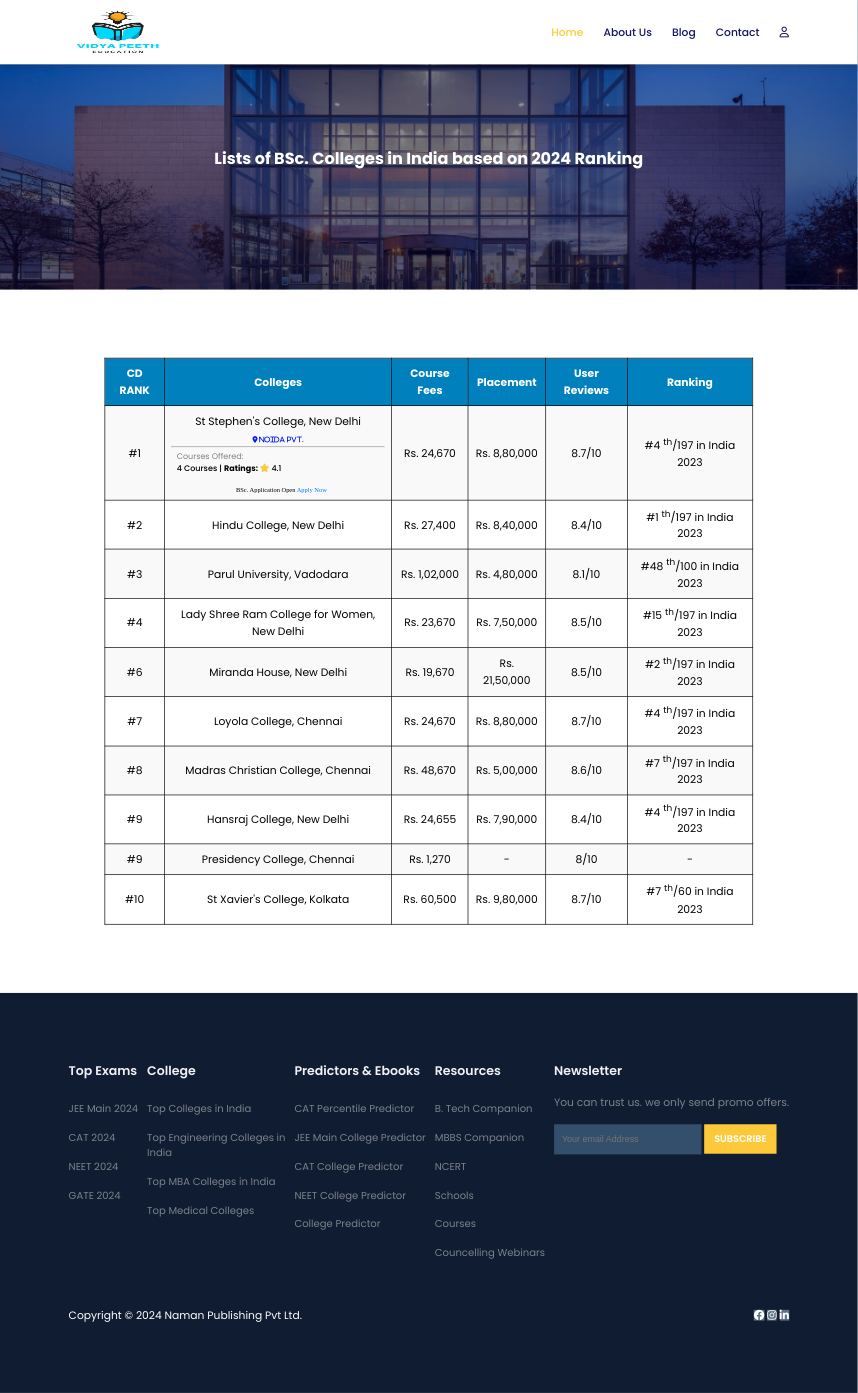
Repository: NamanSahu09/VidyaPreet-Ed-Tech-Website
Page: bsc.html
The author's editor kept a copy of each file at every save. The page is drawn from the files as they stood at one save, then again after the next save.
The browser window is 1280 px wide. The pictures show the whole page, at 67% of full size.
Some web libraries are served in a nearby version.

Above is the page before, as saved 2024-04-12 13:07:45.

### bsc.html
<!DOCTYPE html>
<html lang="en">
<head>
	<meta charset="UTF-8">
	<meta name="viewport" content="width=device-width, initial-scale=1.0">
	<title>Top BSc Colleges in India</title>

	<!-- font Awesome CDN link -->
	<link rel="stylesheet" href="https://cdnjs.cloudflare.com/ajax/libs/font-awesome/6.1.1/css/all.min.css" />

	<!-- External CSS -->
	<!-- <link rel="stylesheet" href="style.css"> -->
	<!-- <link rel="stylesheet" href="about.css"> -->
	<link rel="stylesheet" href="bsc.css">



	<!-- JQuery CDN link -->
	<script src="https://code.jquery.com/jquery-3.6.0.min.js" integrity="sha256-/xUj+3OJU5yExlq6GSYGSHk7tPXikynS7ogEvDej/m4=" crossorigin="anonymous"></script>
</head>
<body>
	<!-- Navigation start -->
	<nav>
		<img src="img/Vidya peeth.png" class="logo" alt="" height="70px"  width="250px"/>

		<div class="navigation">
			<ul>
				<i id="menu-close" class="fas fa-times"></i>
				<li><a href="index.html" class="active">Home</a></li>
				<li><a href="about.html">About Us</a></li>
				<li><a href="blog.html">Blog</a></li>
				<!-- <li><a href="courses.html">Courses</a></li> -->
				<li><a href="contact.html">Contact</a></li>
				<li><a href="#">
					<i class="far fa-user"></i>
					</a>
				</li>


			</ul>

			<img src="img/menu.png" id="menu-btn" alt="">
		</div>
	</nav>
	<!-- Navigation ends -->



  <!-- login sign-up-form -->

  <div class="form">
    <!-- login -->
    <div class="login-form">

      <!-- cancel-btn -->

      <a href="#" class="form-cancel">
        <i class="fas fa-times"></i>
      </a>


      <strong>Log In</strong>
      <!-- inputs -->
      <form >
        <input type="email" placeholder="Example@gmail.com" name="email" required>
        <input type="password" placeholder="Password" name="password" required>
        <!-- submit-btn -->
        <input type="submit" value="Log In">
      </form>

      <!-- Forget-and-signup -->
      <div class="form-btns">
          <a href="#" class="forget">Forget Your Password?</a>
          <a href="#" class="sign-up-btn">Create Account</a>
    </div>

    </div>




     <!-- Sign Up -->
     <div class="sign-up-form">

      <!-- cancel-btn -->

      <a href="#" class="form-cancel">
        <i class="fas fa-times"></i>
      </a>


      <strong>Sign In</strong>
      <!-- inputs -->
      <form >
        <input type="text" placeholder="Full Name" name="fullname" required>
        <input type="email" placeholder="Example@gmail.com" name="email" required>
        <input type="password" placeholder="Password" name="password" required>
        <!-- submit-btn -->
        <input type="submit" value="Sign Up">
      </form>

      <!-- Forget-and-signup -->
      <div class="form-btns">
          <a href="#" class="already-acount">Already have Account?</a>
    </div>

    </div>

  </div>







	<!-- Hero section starts from here -->
	<section id="about-home">
		<h2>
			Lists of BSc. Colleges in India based on 2024 Ranking
		</h2>
	</section>
	<!-- Hero section ends from here -->


	<section id="contact">


		<table cellspacing="10px" cellpadding="10px" border="1" align="center"  class="custom-table">
			<tr align="center">
	<th>CD RANK</th>
	<th>Colleges</th>
	<th>Course Fees</th>
	<th>Placement</th>
	<th>User Reviews</th>
	<th>Ranking</th>
	</tr>

	<tr align="center">
	<td>#1</td>
	<td><a href="https://www.ststephens.edu/">St Stephen's College, New Delhi</a><br>
		<i class="fa-solid fa-location-dot " style="font-size: 10px; "> Noida Pvt.</i>
		<hr>

<div class="container">
	<p style="font-size: 12px; color: grey; margin-left: 0.5rem; margin-top: 4px;" align="left">Courses Offered:</p>
	<p align="left" style="margin-left: 0.5rem; font-size: 12px; font-weight: 500; ">4 Courses |
			<b>Ratings: </b><i align="left" class="fa-solid fa-star"></i> 4.1
	</p>
<br>
	<i class="fa-regular fa-calendar"> BSc. Application Open <a href="https://www.ststephens.edu/">Apply Now</a> </i>

</div>






	</td>
	<td>Rs. 24,670</td>
	<td>Rs. 8,80,000</td>
	<td>8.7/10</td>
	<td>#4 <sup>th</sup>/197 in India 2023 </td>
	</tr>

	<tr align="center">
	<td>#2</td>
	<td><a href="https://hinducollege.ac.in/">Hindu College, New Delhi  </a></td>
	<td>Rs. 27,400</td>
	<td>Rs. 8,40,000</td>
	<td>8.4/10</td>
	<td>#1 <sup>th</sup>/197 in India 2023 </td>
	</tr>	<tr align="center">
	<td>#3</td>
	<td><a href="https://paruluniversity.ac.in/">Parul University, Vadodara</a></td>
	<td>Rs. 1,02,000</td>
	<td>Rs. 4,80,000</td>
	<td>8.1/10</td>
	<td>#48 <sup>th</sup>/100 in India 2023 </td>
	</tr>	<tr align="center">
	<td>#4</td>
	<td>Lady Shree Ram College for Women, New Delhi</td>
	<td>Rs. 23,670</td>
	<td>Rs. 7,50,000</td>
	<td>8.5/10</td>
	<td>#15 <sup>th</sup>/197 in India 2023 </td>
	</tr>	<tr align="center">
	<td>#6</td>
	<td>Miranda House, New Delhi</td>
	<td>Rs. 19,670</td>
	<td>Rs. 21,50,000</td>
	<td>8.5/10</td>
	<td>#2 <sup>th</sup>/197 in India 2023 </td>
	</tr>	<tr align="center">
	<td>#7</td>
	<td>Loyola College, Chennai</td>
	<td>Rs. 24,670</td>
	<td>Rs. 8,80,000</td>
	<td>8.7/10</td>
	<td>#4 <sup>th</sup>/197 in India 2023 </td>
	</tr>	<tr align="center">
	<td>#8</td>
	<td>Madras Christian College, Chennai</td>
	<td>Rs. 48,670</td>
	<td>Rs. 5,00,000</td>
	<td>8.6/10</td>
	<td>#7 <sup>th</sup>/197 in India 2023 </td>
	</tr>	<tr align="center">
	<td>#9</td>
	<td>Hansraj College, New Delhi</td>
	<td>Rs. 24,655</td>
	<td>Rs. 7,90,000</td>
	<td>8.4/10</td>
	<td>#4 <sup>th</sup>/197 in India 2023 </td>
	</tr>	<tr align="center">
	<td>#9</td>
	<td>Presidency College, Chennai</td>
	<td>Rs. 1,270</td>
	<td> - </td>
	<td>8/10</td>
	<td > - </td>
	</tr>	<tr align="center">
	<td>#10</td>
	<td>St Xavier's College, Kolkata</td>
	<td>Rs. 60,500</td>
	<td>Rs. 9,80,000</td>
	<td>8.7/10</td>
	<td>#7 <sup>th</sup>/60 in India 2023 </td>
	</tr>


	</table>












	</section>






<!--
	<section id="map">
		<iframe src="https://www.google.com/maps/embed?pb=!1m18!1m12!1m3!1d30711686.029386617!2d64.41853642919325!3d20.009139591170264!2m3!1f0!2f0!3f0!3m2!1i1024!2i768!4f13.1!3m3!1m2!1s0x30635ff06b92b791%3A0xd78c4fa1854213a6!2sIndia!5e0!3m2!1sen!2sin!4v1652012148253!5m2!1sen!2sin" style="border:0;" allowfullscreen="" loading="lazy" referrerpolicy="no-referrer-when-downgrade"></iframe>
	</section> -->


	<!-- Footer section starts from here -->
	<footer>
		<div class="footer-col">
			<h3>Top Exams</h3>
			<li>JEE Main 2024</li>
			<li>CAT 2024</li>
			<li>NEET 2024</li>
			<li>GATE 2024</li>

		</div>

		<div class="footer-col">
			<h3>College</h3>
			<li>Top Colleges in India</li>
			<li>Top Engineering Colleges in <br>India</li>
			<li>Top MBA Colleges in India</li>
			<li>Top Medical Colleges</li>
		</div>

		<div class="footer-col">
			<h3>Predictors & Ebooks</h3>
			<li>CAT Percentile Predictor</li>
			<li>JEE Main College Predictor</li>
			<li>CAT College Predictor</li>
			<li>NEET College Predictor</li>
			<li>College Predictor</li>
		</div>

		<div class="footer-col">
			<h3>Resources</h3>
			<li>B. Tech Companion</li>
			<li>MBBS Companion</li>
			<li>NCERT</li>
			<li>Schools</li>
			<li>Courses</li>
			<li>Councelling Webinars</li>
		</div>

		<div class="footer-col">
			<h3>Newsletter</h3>
			<p>You can trust us. we only send promo offers.</p>

			<div class="subscribe">
				<input type="email" placeholder="Your email Address">
				<a href="#" class="yellow">SUBSCRIBE</a>
			</div>
		</div>

		<div class="copyright">
			<p align="center">
				Copyright &copy; 2024 Naman Publishing Pvt Ltd.
			</p>
			<div class="pro-links">
				<i class="fab fa-facebook"></i>
				<i class="fab fa-instagram"></i>
				<i class="fab fa-linkedin-in"></i>
			</div>
		</div>
	</footer>
	<!-- Footer section ends from here -->

	<script>
		// Show menu links on burger click
		$('#menu-btn').click(function(){
			$('nav .navigation ul').addClass('active')
		});

		// Hide navbar on click function
		$('#menu-close').click(function(){
			$('nav .navigation ul').removeClass('active')
		});

 /*---For Login and Sign-up----------------------------*/

 $(document).on('click', '.far.fa-user', function(){
    $('.form').addClass('login-active').removeClass('sign-up-active');
});

$(document).on('click', '.sign-up-btn', function(){
    $('.form').removeClass('login-active').addClass('sign-up-active');
});

$(document).on('click', '.form-cancel', function(){
    $('.form').removeClass('login-active').removeClass('sign-up-active');
});

$(document).on('click', '.already-acount', function(){
    $('.form').addClass('login-active').removeClass('sign-up-active');
});


	</script>

</body>
</html>

### bsc.css
@import url('https://fonts.googleapis.com/css2?family=Inter:wght@100;200;300;400;500&family=Poppins:ital,wght@0,100;0,200;0,300;0,400;0,500;0,600;0,700;0,800;0,900;1,700;1,800;1,900&display=swap');
*
{
	margin: 0;
	padding: 0;
	box-sizing: border-box;
}
body
{
	font-family: 'Poppins', sans-serif;
}
h1
{
	font-size: 2.5rem;
	font-weight: 700;
	color: rgb(35, 35, 85);
}

span
{
	font-size: .9rem;
}

h6
{
	font-size: 1.1rem;
	color: rgb(24, 24, 49);
}


/*------------- Navigation style start ------------*/
nav
{
	position: fixed;
	width: 100%;
	background-color: #fff;
	display: flex;
	justify-content: space-between;
	align-items: center;
	padding: 1vw 8vw;
	box-shadow: 2px 2px 10px rgba(0, 0, 0, 0.15);
	z-index: 1;
}

nav .logo
{
	width: 150px;
	cursor: pointer;
}

nav .navigation
{
	display: flex;
}

#menu-btn
{
	width: 30px;
	height: 30px;
	display: none;
}

#menu-close
{
	display: none;
}

nav .navigation ul
{
	display: flex;
	justify-content: flex-end;
	align-items: center;
}

nav .navigation ul li
{
	list-style: none;
	margin-left: 30px;
}

nav .navigation ul li a
{
	text-decoration: none;
	color: rgb(21, 21, 100);
	font-size: 16px;
	font-weight: 500;
	transition: 0.3s ease;
}

nav .navigation ul li a.active,
nav .navigation ul li a:hover
{
	color: #FDC93B;

}
/*------------- Navigation style end ------------*/

/* Login Form and Sign In form */


.form{
  width:100%;
  height: 100%;
  position: fixed;
  /* top: 0px;
  left: 0px; */
  background-color: rgba(0,0,0,0.2);
  display: flex;
  justify-content: center;
  align-items: center;
  flex-direction: column;
  z-index: 102;
}


.login-form,
.sign-up-form{
  width:420px;
  padding: 20px 10px;
  background-color: #ffffff;
  box-shadow: 2px 2px 30px rgba(0,0,0,0.1);
  display: flex;
  justify-content: center;
  align-items: center;
  flex-direction: column;
  border-radius: 5px;
  position: relative;

}
.login-form form,
.sign-up-form form{
  display: flex;
  justify-content: center;
  align-items: center;
  flex-direction: column;
  width: 100%;
}
.login-form strong,
.sign-up-form strong{
  color: #272727;
  font-size: 2rem;
  margin: 2px 7px 7px 7px;
  text-transform: uppercase;
  letter-spacing: 0.5px;
  font-weight: 500;
}
.login-form input,
.sign-up-form input{
  width:90%;
  height: 45px;
  margin: 6px 0px;
  padding: 0px 10px;
  border: 1px solid rgba(0,0,0,0.1);
  outline: none;
  border-radius: 7px;
}
.login-form input::placeholder,
.sign-up-form input::placeholder{
  color: rgba(0,0,0,0.5);
}
.login-form input[type="submit"],
.sign-up-form input[type="submit"]{
  background-color: #0b9d8a;
  color: #ffffff;
  border: none;
  outline: none;
  text-transform: uppercase;
  margin-top: 10px;
  border-radius: 3px;
  box-shadow: 2px 2px 30px rgba(0,0,0,0.1);
}
.form-btns{
  width: 90%;
  display: flex;
  justify-content: space-between;
  align-items: center;
  margin-top: 10px;
}
.form-btns a{
  color: #4d4d4d;
  font-size: 0.9rem;
}
.sign-up-btn{
  border-bottom: 1px solid #868686;
  line-height: 16px;
}
.form-cancel{
  position: absolute;
  right: 20px;
  top: 10px;
  color: #868686;
}
.login-form,
.sign-up-form,
.form{
  display: none;
}
.login-active,
.login-active .login-form{
  display: flex;
  animation: fade 0.3s;
}

.sign-up-active,
.sign-up-active .sign-up-form{
  display: flex;
  animation: fade 0.3s;
}
@keyframes fade{
  0%{
      opacity: 0;
  }
  100%{
      opacity: 1;
  }
}

/* - - - - - - - - - - - - - - - - - - - --  - - - - - - -  */






#contact
{
	padding: 8vw;
	display: flex;
	justify-content: space-between;
	align-items: flex-start;
}



/* ----------------------------------------------------------------------------------------------------- */

/* Table  */


.custom-table {
  width: 90%;
  margin: 0 auto;
  border-collapse: collapse;
}

/* Apply styles to table header cells (th) */
.custom-table th {
  background-color: #0081bd;
	color:white;
  border: 1px solid black;
  padding: 10px;
  text-align: center;
}

/* Apply styles to table data cells (td) */
.custom-table td {
  border: 1px solid black;
  padding: 10px;
  text-align: center;
}

/* Apply alternate background color to even rows */
.custom-table tr:nth-child(even) {
  background-color: #f9f9f9;
}




/* -------------------------------------------------------- */




#about-home {
	background-image: linear-gradient(rgba(9, 5, 54, 0.3), rgba(5, 4, 46, 0.7)), url(img/back1.jpg);
	width: 100%;
	height: 60vh;
	background-size: cover;
	background-position: center center;
	display: flex;
	flex-direction: column;
	justify-content: center;
	align-items: center;
	text-align: center;
	padding-top: 40px;
}

h2 {
	display: block;
	font-size: 1.5em;
	margin-block-start: 0.83em;
	margin-block-end: 0.83em;
	margin-inline-start: 0px;
	margin-inline-end: 0px;
	font-weight: bold;
	unicode-bidi: isolate;
	color:white;
}




table td a
{
	color:black;
	text-decoration: none;
}

table td a:hover
{
	text-decoration: underline;
	color: blue;
}


.class
{

}


 .fa-star
{
	color: #fdc93b;
	font-size: .8rem;
}
.star
{
	font-size: 0.7rem;
	/* background-color: #98adb7; */
  /* color:white; */
  padding: 10px;
  text-align: left;
}

.fa-location-dot
{
	color: #0015ff;
	font-size:0.1rem;
	text-align:left;
}

.container
{
	display: flex;
	flex-direction:column;
	justify-content:center;
	height: 100%;
	font-size: 0.8rem;

}

.container .fa-calendar
{
	font-size: 0.6rem;
	font-family: 'Times New Roman', Times, serif;
}

.container .fa-calendar a
{
	font-size: 0.6rem;
	color:rgb(0, 119, 255);
	font-family: 'Times New Roman', Times, serif;
}





























































/*------------- Footer section styling starts ------------*/
footer
{
	padding: 8vw;
	background-color: #101c32;
	display: flex;
	justify-content: space-between;
	align-items: flex-start;
	flex-wrap: wrap;
}

footer .footer-col
{
	padding-bottom: 40px;
}

footer h3
{
	color: rgb(241, 240, 245);
	font-weight: 600;
	padding-bottom: 20px;
}

footer li
{
	list-style: none;
	color: #7b838a;
	padding: 10px 0;
	font-size: 15px;
	cursor: pointer;
	transition: 0.3s ease;
}

footer li:hover
{
	color: rgb(241, 240, 245);
}

footer p
{
	color: #7b838a;
}

footer .subscribe
{
	margin-top: 20px;
}

footer input
{
	width: 220px;
	padding: 15px 12px;
	background: #334F6C;
	border: none;
	outline: none;
	color: #fff;
}

footer .subscribe a
{
	text-decoration: none;
	font-size: 0.9rem;
	padding: 12px 15px;
	background-color: #fff;
	font-weight: 600;
}

footer .subscribe a.yellow
{
	color: #fff;
	background: #fdc93b;
	transition: 0.3s ease;
}

footer .subscribe a.yellow:hover
{
	color: rgb(21, 21, 100);
	background: #fff;
}

footer .copyright
{
	margin-top: 20px;
	width: 100%;
	display: flex;
	justify-content: space-between;
	align-items: center;
	flex-wrap: wrap;
}

footer .copyright p, footer .copyright p > a
{
	color: #fff;
	text-decoration: none;
}

footer .copyright .pro-links
{
	margin-top: 0px;
}

footer .copyright .pro-links i
{
	background-color: #5f7185;
	color: #fff;
}

footer .copyright .pro-links i:hover
{
	background: #fdc93b;
	color: #2c2c2c;
}
/*------------- Footer section styling ends ------------*/



/*---------------------------------------------------------*/
/*-------------------- Ipad screen styling ----------------*/
/*---------------------------------------------------------*/
@media screen and (max-width: 789px)
{
	nav
	{
		padding: 15px 20px;
	}

	nav img
	{
		width: 130px;
	}

	#menu-btn
	{
		display: initial;
	}

	#menu-close
	{
		display: initial;
		font-size: 1.6rem;
		color: #fff;
		padding: 30px 0 20px 20px;
	}

	nav .navigation ul
	{
		position: absolute;
		top: 0;
		right: -220px;
		display: flex;
		flex-direction: column;
		justify-content: flex-start;
		align-items: flex-start;
		width: 220px;
		height: 100vh;
		background: rgba(17, 20, 104, 0.45);
		backdrop-filter: blur(4.5px);
		border: 1px solid rgba(255, 255, 255, 0.18);
		transition: 0.3s ease-in;
	}

	nav .navigation ul.active
	{
		right: 0;
	}

	nav .navigation ul li
	{
		padding: 20px 0 20px 40px;
		margin-left: 0;
	}

	nav .navigation ul li a
	{
		color: #fff;
	}

	#home
	{
		padding: 0px;
	}

	#home p
	{
		width: 90%;
	}

	#features
	{
		padding: 8vw 4vw 0 4vw;
	}

	#course
	{
		padding: 8vw 4vw 8vw 4vw;
	}


	#registration
	{
		padding: 6vw 4vw 6vw 4vw;
		gap: 2.2rem;
	}

	#registration .reminder .time
	{
		display: flex;
		justify-content: space-between;
		flex-wrap: wrap;
		margin-top: 40px;
	}

	#experts
	{
		padding: 8vw 4vw 6vw 4vw;
	}

	footer .copyright .pro-links
	{
		margin-top: 20px;
	}
}


@media screen and (max-width: 475px)
{
	#registration
	{
		flex-direction: column;
	}

	.reminder p, .reminder h1
	{
		text-align: center;
	}

	.reminder h1
	{
		font-size: 1.8rem;
	}

	#registration .reminder .time
	{
		justify-content: space-evenly;
		margin-top: 20px;
	}
}

After the next save:
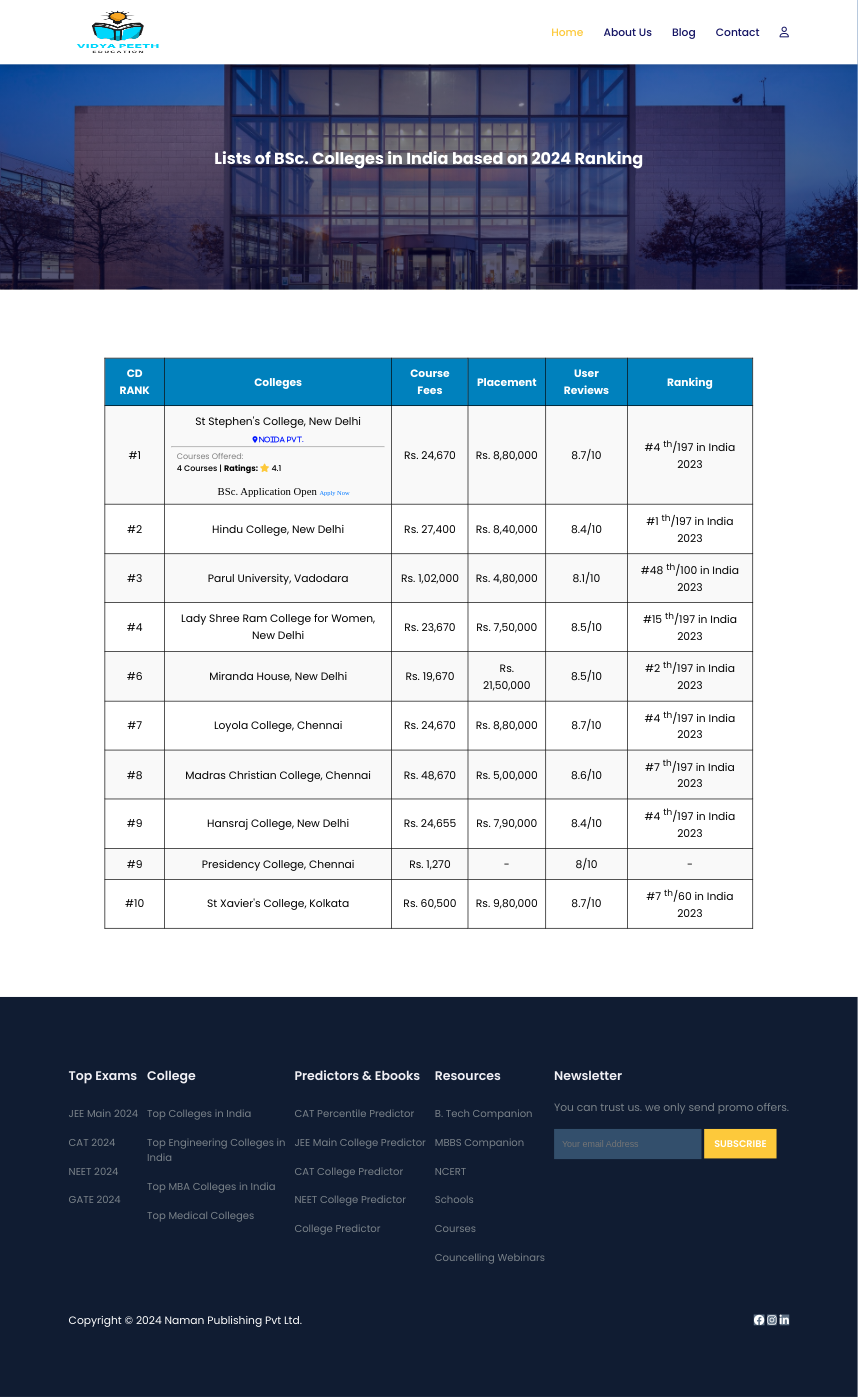
Saved 9 s later.
--- a/bsc.css
+++ b/bsc.css
@@ -353,7 +353,7 @@
 
 .container .fa-calendar
 {
-	font-size: 0.6rem;
+	font-size: 1rem;
 	font-family: 'Times New Roman', Times, serif;
 }
 

After the save that followed:
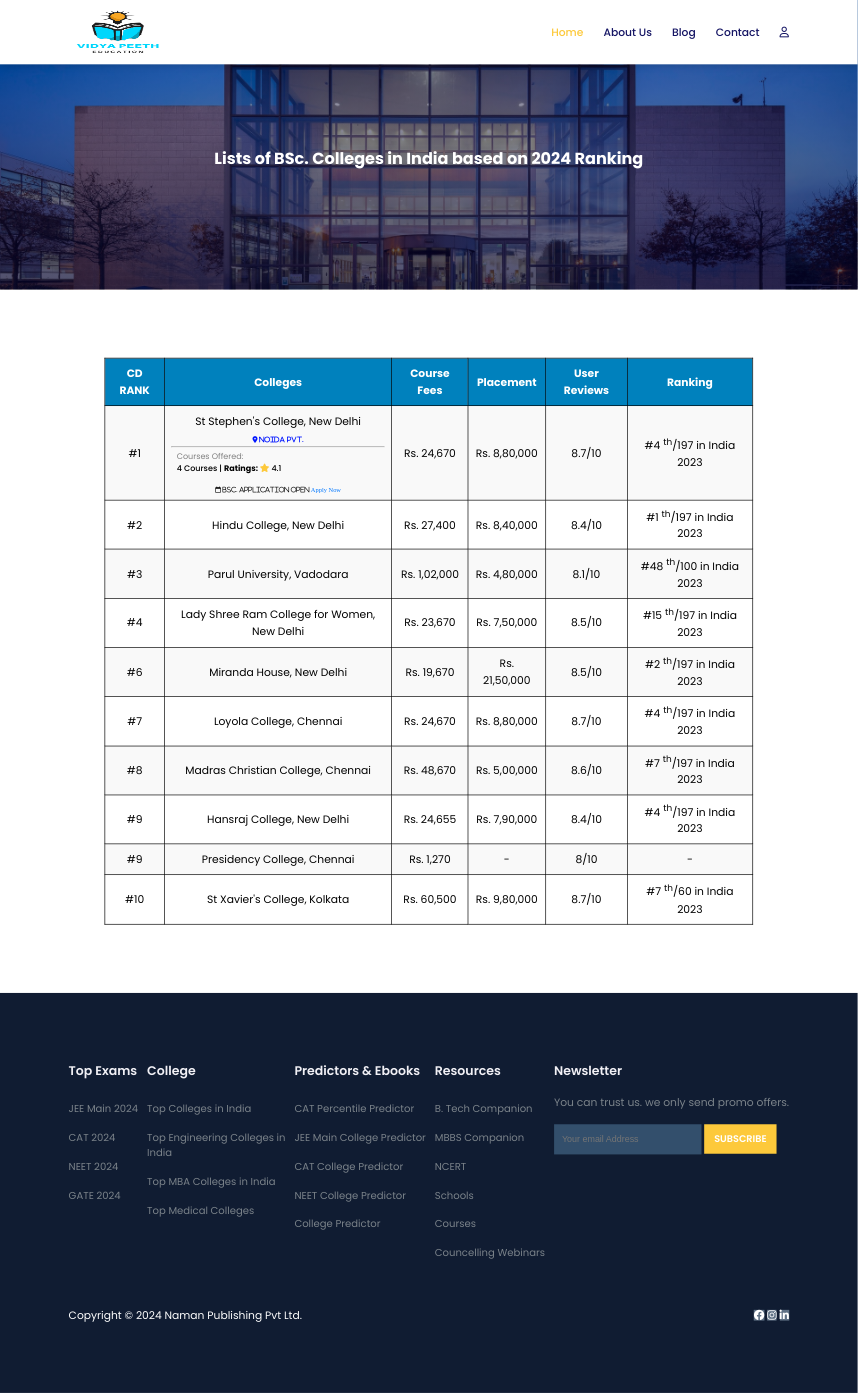
Saved 8 s later.
--- a/bsc.css
+++ b/bsc.css
@@ -353,8 +353,7 @@
 
 .container .fa-calendar
 {
-	font-size: 1rem;
-	font-family: 'Times New Roman', Times, serif;
+	font-size: 0.6rem;
 }
 
 .container .fa-calendar a
